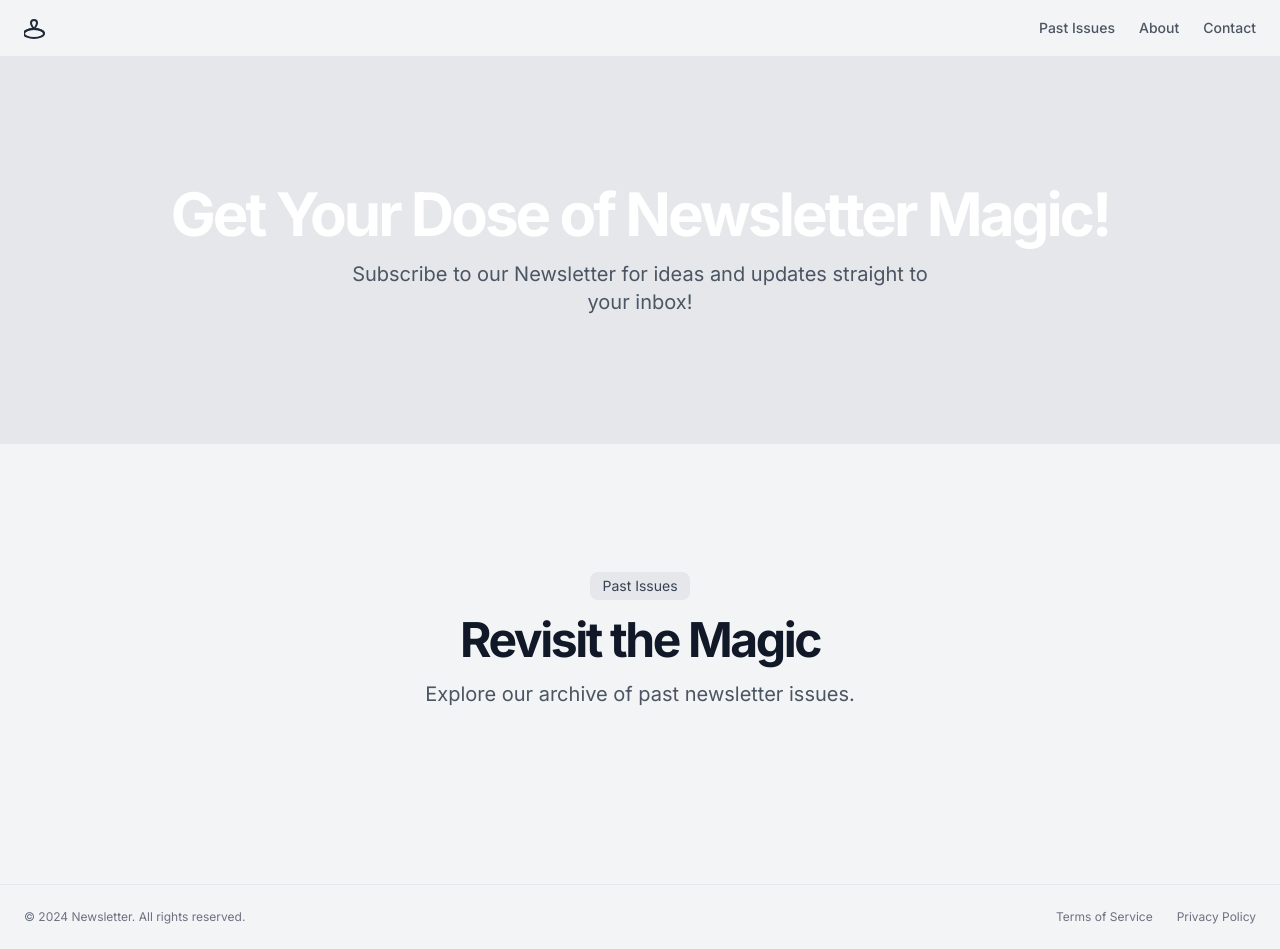
Repository: djdjdallas/unicorn-poop-newsletter
Page: /
The author's editor kept a copy of each file at every save. The page is drawn from the files as they stood at one save, then again after the next save.
The browser window is 1280 px wide. The pictures show the whole page.
The page's requests for data from a server got no answer. The project was rebuilt for these pictures with package versions that can differ from the ones it lists, and the page was loaded fresh each time. The framework's server and built-in components were replaced by stand-ins that run in the browser. No one was signed in, and anything a server would have sent is missing. Also part of the build but not shown: next.config.mjs, src/lib/utils.js, src/components/ui/input.jsx, src/components/ui/button.jsx, src/components/ui/card.jsx.

Above is the page before, as saved 2024-08-10 11:02:23.

### src/app/layout.js
import { Inter } from "next/font/google";
import "./globals.css";

const inter = Inter({ subsets: ["latin"] });

export const metadata = {
  title: "🦄 Unicorn Poop",
  description: "Magical SaaS ideas and sparkly insights for entrepreneurs",
};

export default function RootLayout({ children }) {
  return (
    <html lang="en">
      <body className={inter.className}>{children}</body>
    </html>
  );
}

### src/app/page.js
import { createClient } from "@supabase/supabase-js";
import Link from "next/link";
import { Input } from "@/components/ui/input";
import { Button } from "@/components/ui/button";
import {
  Card,
  CardHeader,
  CardTitle,
  CardDescription,
  CardContent,
  CardFooter,
} from "@/components/ui/card";

// Initialize Supabase client
const supabase = createClient(
  process.env.NEXT_PUBLIC_SUPABASE_URL,
  process.env.NEXT_PUBLIC_SUPABASE_ANON_KEY
);

function UnicornIcon(props) {
  return (
    <svg
      {...props}
      xmlns="http://www.w3.org/2000/svg"
      width="24"
      height="24"
      viewBox="0 0 24 24"
      fill="none"
      stroke="currentColor"
      strokeWidth="2"
      strokeLinecap="round"
      strokeLinejoin="round"
    >
      <path d="M20 17.5c0 2.485-4.477 4.5-10 4.5S0 19.985 0 17.5 4.477 13 10 13s10 2.015 10 4.5Z" />
      <path d="M10 13s3-4 3-6c0-1.655-1.345-3-3-3S7 5.345 7 7c0 2 3 6 3 6Z" />
      <path d="M20 17.5c0-2.485-4.477-4.5-10-4.5S0 15.015 0 17.5" />
    </svg>
  );
}

// You'll need to create this as a separate Client Component
// import NewsletterSignup from "@/components/NewsletterSignup";

export default async function Home() {
  // Fetch issues from Supabase
  const { data: issues, error } = await supabase
    .from("newsletter_issues")
    .select("title, description, slug, published_at")
    .order("published_at", { ascending: false })
    .limit(3);

  if (error) {
    console.error("Error fetching issues:", error);
  }

  return (
    <div className="flex flex-col min-h-dvh bg-white">
      <header className="px-4 lg:px-6 h-14 flex items-center bg-gray-100">
        <Link href="/" className="flex items-center justify-center">
          <UnicornIcon className="size-6 text-gray-800" />
          <span className="sr-only">Newsletter</span>
        </Link>
        <nav className="ml-auto flex gap-4 sm:gap-6">
          <Link
            href="#past-issues"
            className="text-sm font-medium text-gray-600 hover:text-gray-900 hover:underline underline-offset-4"
          >
            Past Issues
          </Link>
          <Link
            href="#"
            className="text-sm font-medium text-gray-600 hover:text-gray-900 hover:underline underline-offset-4"
          >
            About
          </Link>
          <Link
            href="#"
            className="text-sm font-medium text-gray-600 hover:text-gray-900 hover:underline underline-offset-4"
          >
            Contact
          </Link>
        </nav>
      </header>

      <main className="flex-1">
        <section className="w-full py-12 md:py-24 lg:py-32 bg-gray-200">
          <div className="container px-4 md:px-6 space-y-8 lg:space-y-12">
            <div className="flex flex-col items-center justify-center text-center space-y-4">
              <h1 className="text-3xl font-bold tracking-tighter sm:text-4xl md:text-5xl lg:text-6xl text-white">
                Get Your Dose of Newsletter Magic!
              </h1>
              <p className="max-w-[600px] text-gray-600 md:text-xl">
                Subscribe to our Newsletter for ideas and updates straight to
                your inbox!
              </p>
              {/* <NewsletterSignup /> */}
            </div>
          </div>
        </section>

        {issues && issues.length > 0 && (
          <section className="w-full py-12 md:py-24 lg:py-32">
            <div className="container px-4 md:px-6 space-y-8 lg:space-y-12">
              <div className="flex flex-col items-center justify-center text-center space-y-4">
                <div className="inline-block rounded-lg bg-gray-200 px-3 py-1 text-sm text-gray-700">
                  Latest Issue
                </div>
                <h2 className="text-3xl font-bold tracking-tighter sm:text-4xl md:text-5xl text-gray-900">
                  {issues[0].title}
                </h2>
                <p className="max-w-[700px] text-gray-600 md:text-xl">
                  {issues[0].description}
                </p>
              </div>
              <div className="text-center">
                <Link
                  href={`/issues/${issues[0].slug}`}
                  className="inline-block bg-gray-800 text-white px-6 py-3 rounded-lg hover:bg-gray-700 transition-colors"
                >
                  Read Latest Issue
                </Link>
              </div>
            </div>
          </section>
        )}

        <section
          id="past-issues"
          className="w-full py-12 md:py-24 lg:py-32 bg-gray-100"
        >
          <div className="container px-4 md:px-6 space-y-8 lg:space-y-12">
            <div className="flex flex-col items-center justify-center text-center space-y-4">
              <div className="inline-block rounded-lg bg-gray-200 px-3 py-1 text-sm text-gray-700">
                Past Issues
              </div>
              <h2 className="text-3xl font-bold tracking-tighter sm:text-4xl md:text-5xl text-gray-900">
                Revisit the Magic
              </h2>
              <p className="max-w-[700px] text-gray-600 md:text-xl">
                Explore our archive of past newsletter issues.
              </p>
            </div>
            <div className="grid grid-cols-1 sm:grid-cols-2 lg:grid-cols-3 gap-6">
              {issues &&
                issues.map((issue) => (
                  <Card key={issue.slug} className="bg-white">
                    <CardHeader>
                      <CardTitle className="text-gray-900">
                        {issue.title}
                      </CardTitle>
                      <CardDescription className="text-gray-600">
                        {issue.description}
                      </CardDescription>
                    </CardHeader>
                    <CardContent>
                      <p className="text-sm text-gray-500">
                        Published on:{" "}
                        {new Date(issue.published_at).toLocaleDateString()}
                      </p>
                    </CardContent>
                    <CardFooter>
                      <Link
                        href={`/issues/${issue.slug}`}
                        className="text-gray-700 hover:text-gray-900 hover:underline"
                      >
                        Read Issue
                      </Link>
                    </CardFooter>
                  </Card>
                ))}
            </div>
          </div>
        </section>
      </main>

      <footer className="flex flex-col gap-2 sm:flex-row py-6 w-full shrink-0 items-center px-4 md:px-6 border-t border-gray-200 bg-gray-100">
        <p className="text-xs text-gray-500">
          &copy; 2024 Newsletter. All rights reserved.
        </p>
        <nav className="sm:ml-auto flex gap-4 sm:gap-6">
          <Link
            href="#"
            className="text-xs text-gray-500 hover:text-gray-700 hover:underline underline-offset-4"
          >
            Terms of Service
          </Link>
          <Link
            href="#"
            className="text-xs text-gray-500 hover:text-gray-700 hover:underline underline-offset-4"
          >
            Privacy Policy
          </Link>
        </nav>
      </footer>
    </div>
  );
}

Loaded but not shown: src/app/globals.css (common file); tailwind.config.js (common file)

After the next save:
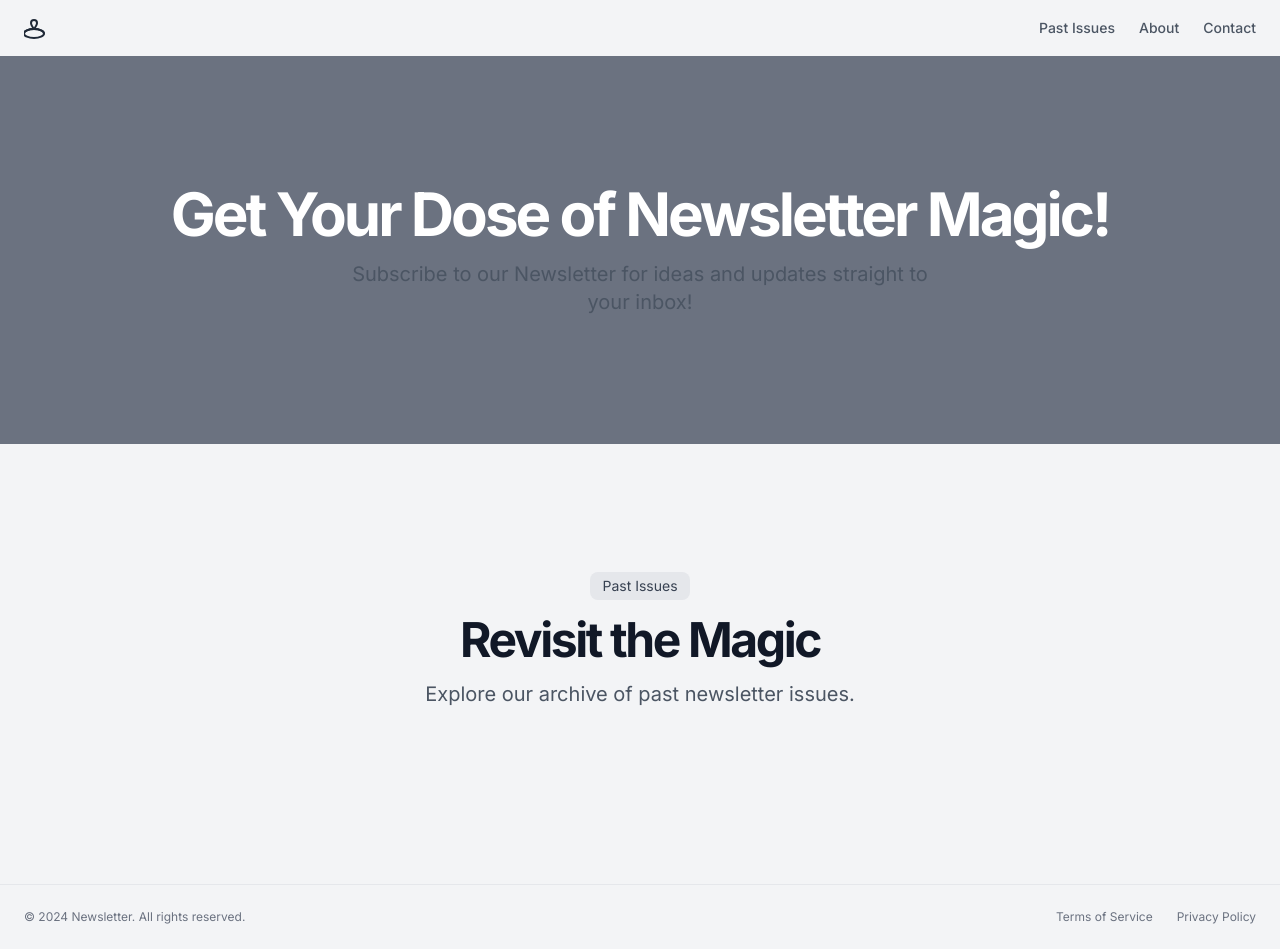
Saved 23 s later.
--- a/src/app/page.js
+++ b/src/app/page.js
@@ -83,7 +83,7 @@ export default async function Home() {
       </header>
 
       <main className="flex-1">
-        <section className="w-full py-12 md:py-24 lg:py-32 bg-gray-200">
+        <section className="w-full py-12 md:py-24 lg:py-32 bg-gray-500">
           <div className="container px-4 md:px-6 space-y-8 lg:space-y-12">
             <div className="flex flex-col items-center justify-center text-center space-y-4">
               <h1 className="text-3xl font-bold tracking-tighter sm:text-4xl md:text-5xl lg:text-6xl text-white">
